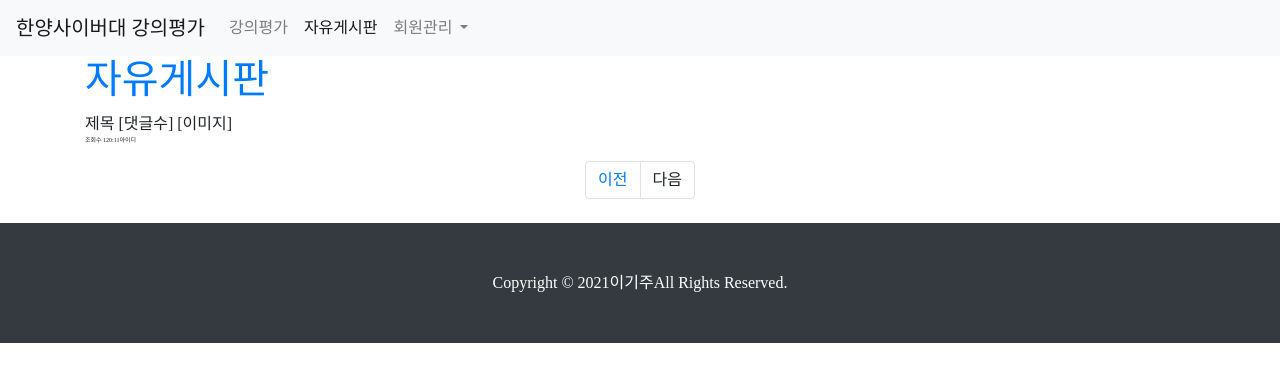
Repository: lkjjjang/hycu
Page: http://localhost/hycujjang/mobile.jsp
These files come from the project's save history. The page is drawn as it stood at one moment and after the next save; the edit follows.
The browser window is 1280 px wide. The pictures show the whole page.
Some web fonts or font styles are not loaded; a fallback is used. The page is served by Tomcat 9. Nobody is signed in. The application's start-up code is not run. Other server files are loaded and not shown. The template is opened directly, without the code that normally fills it, so the values that code supplies are empty.

Above is the page before, as saved 2022-01-02 08:42:49.

### hycujjang/WebContent/mobile.jsp
<%@ page language="java" contentType="text/html; charset=UTF-8"
    pageEncoding="UTF-8"%>
<%@ page import="java.util.ArrayList" %>
<%@ page import="java.net.URLEncoder" %>
<%@ page import="java.io.PrintWriter" %>
<%@ taglib prefix="c" uri="http://java.sun.com/jsp/jstl/core"%>
<%@ taglib prefix="fmt" uri="http://java.sun.com/jsp/jstl/fmt"%>

<!DOCTYPE html>
<html>
<head>
	<meta charset="UTF-8">
	<meta name="viewport" content="width=device-width, initial-scale=1, shrink-to-fit=no">
	<title>한양사이버대 강의평가</title>
	<!-- 부트스트랩 CSS 추가하기 -->
	<link rel="stylesheet"
			href="https://stackpath.bootstrapcdn.com/bootstrap/4.4.1/css/bootstrap.min.css"
			integrity="sha384-Vkoo8x4CGsO3+Hhxv8T/Q5PaXtkKtu6ug5TOeNV6gBiFeWPGFN9MuhOf23Q9Ifjh"
			crossorigin="anonymous">
	<!-- 커스텀 CSS 추가하기 -->
	<link rel="stylesheet" href="./css/custom.css">
</head>
<body>
	<nav class="navbar navbar-expand-md navbar-light bg-light">
		<a class="navbar-brand" href="index.jsp">한양사이버대 강의평가</a>
		<button class="navbar-toggler" type="button" data-toggle="collapse" data-target="#navbar">
			<span class="navbar-toggler-icon"></span>
		</button>
		<div id="navbar" class="collapse navbar-collapse">
			<ul class="navbar-nav mr-auto">
				<li class="nav-item">
					<a class="nav-link" href="lectureBoardController?pageNumber=1">강의평가</a>
				</li>
				<li class="nav-item active">
					<a class="nav-link" href="freeBoardController?pageNumber=1">자유게시판</a>
				</li>
				<li class="nav-item dropdown">
					<a class="nav-link dropdown-toggle" id="dropdown" data-toggle="dropdown" href="index.jsp">
						회원관리
					</a>
					<div class="dropdown-menu" aria-labelledby="dropdown">
						<a class="dropdown-item" href="logout.jsp">로그아웃</a>
					</div>
				</li>
			</ul>
		</div>
	</nav>

	<div class="container">
		<h1>
    		<a class="ed link-primary text-bold title-underline" href="freeBoardController?pageNumber=1">자유게시판</a>
  		</h1>
  		<div class="container">
  			<div class="row">
	  			<div >
	  				제목 [댓글수] [이미지]
	  			</div>
  			</div>
  			<div class="row">
  				<div class="primary" style="font-size: 6px;">
	  				조회수 1
	  			</div>
	  			<div style="font-size: 6px;">
	  				20:11
	  			</div>
	  			<div style="font-size: 6px;">
	  				아이디
	  			</div>
  			</div>
  		</div>
  		<!--
  		${userID == 'admin'} 세션에 있는 유저 아이디
  		넘어오는 목록${freeBBS}
  		<c:if test="${userID == 'admin'}">
			<input type="checkbox" name="delCheck_id" id="delCheck_id" value="${freeBBS.bbsID}">
		</c:if>
		${freeBBS.bbsID}
		<a href="freeBoardDetailController?id=${freeBBS.bbsID}">${freeBBS.bbsTitle}</a>

  		${freeBBS.nickName}
  		${freeBBS.bbsHit}
  		${freeBBS.bbsDate}

  		-->







		<!-- 페이지번호 출력 -->
		<!-- 파라미터로 들어오는 페이지 번호를 이용해 startNum값을 구함 -->
		<div>
			<c:set var="page" value="${(param.pageNumber == null) ? 1 : param.pageNumber}"></c:set>
			<c:set var="startNum" value="${page - (page - 1) % 5}"></c:set>
			<c:set var="lastNum" value="${listCount}"></c:set>

			<ul class="pagination justify-content-center mt-3">
				<c:if test="${param.pageNumber == 1}">
					<li class="page-item"><a class="page-link" onclick="alert('이전 페이지가 없습니다.');">이전</a></li>
				</c:if>
				<c:if test="${param.pageNumber != 1}">
					<li class="page-item"><a class="page-link" href="freeBoardController?pageNumber=${param.pageNumber - 1}">이전</a></li>
				</c:if>

				<c:forEach var="i" begin="0" end="4">
					<c:if test="${(startNum + i) <= lastNum}">
						<c:if test="${param.pageNumber == (startNum + i)}">
							<li class="page-item active"><a class="page-link" href="freeBoardController?pageNumber=${startNum + i}">${startNum + i}</a></li>
						</c:if>
						<c:if test="${param.pageNumber != (startNum + i)}">
							<li class="page-item"><a class="page-link" href="freeBoardController?pageNumber=${startNum + i}">${startNum + i}</a></li>
						</c:if>
					</c:if>
				</c:forEach>

				<c:if test="${param.pageNumber == lastNum}">
					<li class="page-item"><a class="page-link" onclick="alert('다음 페이지가 없습니다.');">다음</a></li>
				</c:if>
				<c:if test="${param.pageNumber != lastNum}">
					<li class="page-item"><a class="page-link" href="freeBoardController?pageNumber=${param.pageNumber + 1}">다음</a></li>
				</c:if>
			</ul>
		</div>
	</div>

	<footer class="bg-dark mt-4 p-5 text-center" style="color: #FFFFFF;">
		Copyright &copy; 2021이기주All Rights Reserved.
	</footer>
	<script src="https://code.jquery.com/jquery-3.6.0.js"
  			integrity="sha256-H+K7U5CnXl1h5ywQfKtSj8PCmoN9aaq30gDh27Xc0jk="
  			crossorigin="anonymous">
	</script>
	<script src="https://cdn.jsdelivr.net/npm/popper.js@1.16.0/dist/umd/popper.min.js"
			integrity="sha384-Q6E9RHvbIyZFJoft+2mJbHaEWldlvI9IOYy5n3zV9zzTtmI3UksdQRVvoxMfooAo"
			crossorigin="anonymous">
	</script>
	<script src="https://maxcdn.bootstrapcdn.com/bootstrap/4.0.0/js/bootstrap.min.js"
			integrity="sha384-JZR6Spejh4U02d8jOt6vLEHfe/JQGiRRSQQxSfFWpi1MquVdAyjUar5+76PVCmYl"
			crossorigin="anonymous">
	</script>
	<script type="text/javascript">
		function guestWrite() {
			alert('게스트 계정은 글작성이 불가능 합니다.');
		}
	</script>
	<script type="text/javascript">
		function deleteAll() {
			var checkList = document.getElementsByName('delCheck_id');
			var checkedList = new Array();
			var count = 0;
			for (var i = 0; i < checkList.length; i++) {
				if (checkList[i].checked == true) {
					count++;
					checkedList[i] = checkList[i].value;
				}
			}

			if (count == 0) {
				alert('선택사항이 없습니다.');
				return;
			}

			var data = new Array();
			for (var i = 0; i < checkedList.length; i++) {
				if (checkedList[i] != null) {
					var dataTemp = new Object();
					dataTemp.id = checkedList[i];
					data.push(dataTemp);
				}
			}

			$.ajax({
				type: "post",
				url: "freeBoardDeleteController",
				data: JSON.stringify(data),
				contentType: "application/json; charset=utf-8",
				dataType: "json",

				success: function(json) {
					if (json[0].resultCode == 'ok') {
						alert('삭제 되었습니다.');
					} else {
						alert('데이터베이스 오류 입니다.');
					}
					location.reload();
				},
				error: function(json) {
					alert('시스템 오류 입니다.')
				}
			});
		}
	</script>
	<script type="text/javascript">
		function select(tagID) {
			var id = tagID.id;
			var checkList = document.getElementsByName('delCheck_id');
			for (var i = 0; i < checkList.length; i++) {
				if (id == 'selectAll') {
					checkList[i].checked = true;
				} else {
					checkList[i].checked = false;
				}
			}

			if (id == 'selectAll') {
				changeId('cancel', '선택해제');
			} else {
				changeId('selectAll', '전체선택');
			}
		}

		function changeId(id, text)  {
			  const btnElement = document.getElementById('checkList');
			  btnElement.innerHTML = '<button class="btn btn-primary" id="' + id + '" onclick="select(this)">'+ text +'</button>' +
			  							'<button class="btn btn-danger" id="deleteAll" onclick="deleteAll()">선택삭제</button>';
		}
	</script>
</body>
</html>

### hycujjang/WebContent/css/custom.css
@import url(https://fonts.googleapis.com/earlyaccess/jejugothic.css);
@import url(https://fonts.googleapis.com/css2?family=Nanum+Gothic&display=swap);
.navbar-brand, h1, h2, h3, h4 {
	font-family: 'Jeju Gothic';
}
h5 {
	font-family: 'Jeju Gothic';
	font-size: 18px;
}
body {
	font-family: 'Nanum Gothic';
}

After the next save:
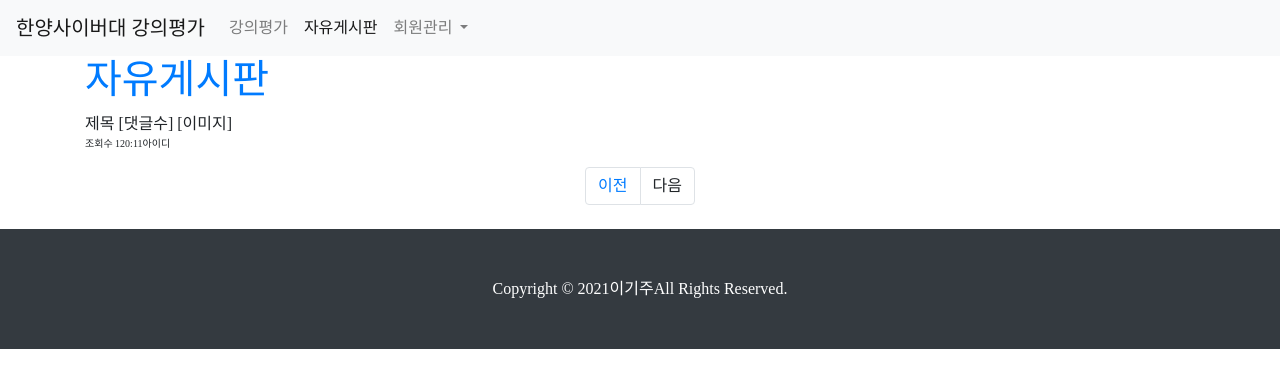
Saved 22 s later.
--- a/hycujjang/WebContent/mobile.jsp
+++ b/hycujjang/WebContent/mobile.jsp
@@ -57,13 +57,13 @@
 	  			</div>
   			</div>
   			<div class="row">
-  				<div class="primary" style="font-size: 6px;">
+  				<div class="primary" style="font-size: 10px;">
 	  				조회수 1
 	  			</div>
-	  			<div style="font-size: 6px;">
+	  			<div style="font-size: 10px;">
 	  				20:11
 	  			</div>
-	  			<div style="font-size: 6px;">
+	  			<div style="font-size: 10px;">
 	  				아이디
 	  			</div>
   			</div>
